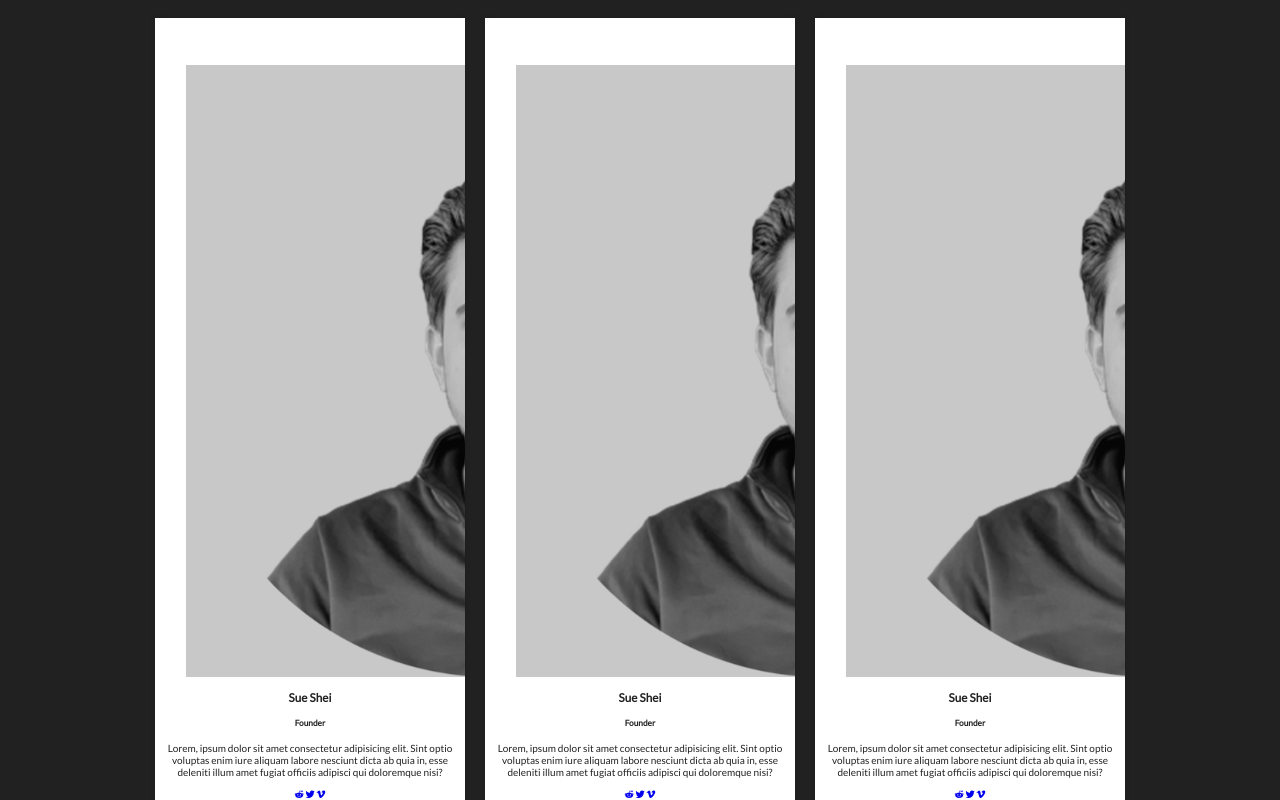
Repository: inzamamahmad3/30-Days-Of-CSS
Page: Day-1/index.html
These files come from the project's save history. The page is drawn as it stood at one moment and after the next save; the edit follows.
The browser window is 1280 px wide. The pictures show the whole page.

Above is the page before, as saved 2023-01-03 20:19:29.

After the next save:
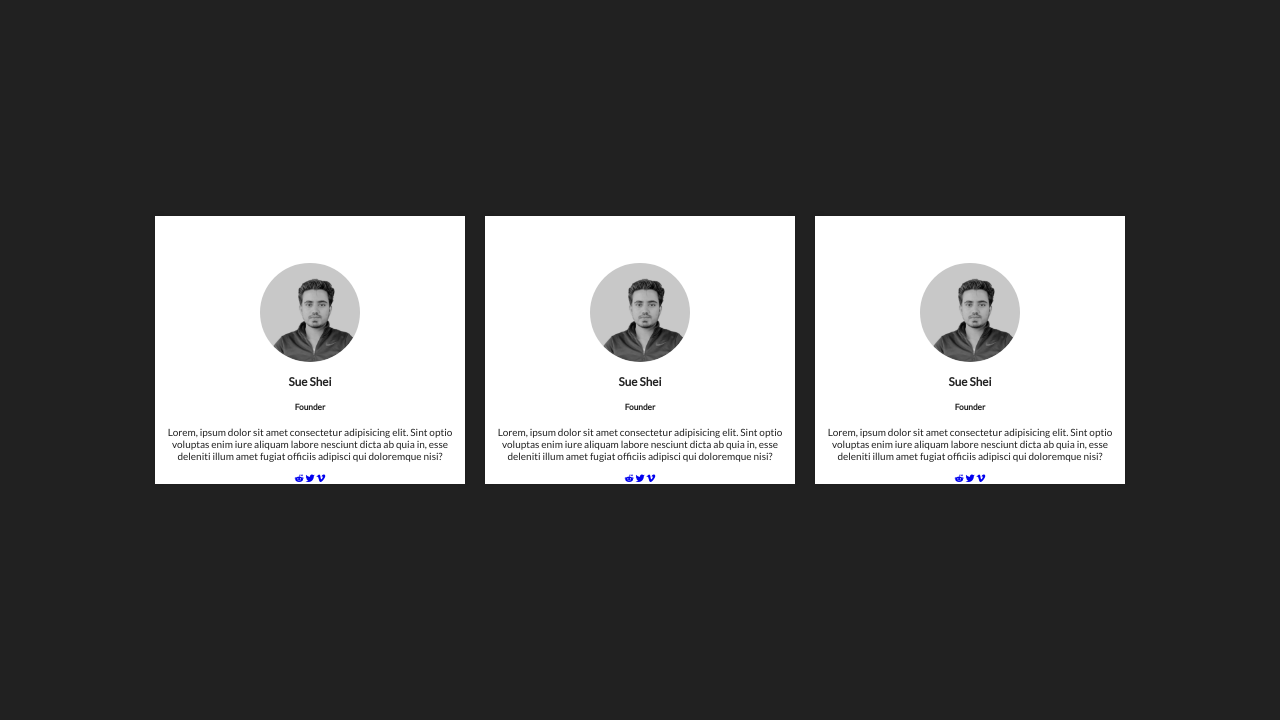
Saved 76 s later.
--- a/Day-1/styles.css
+++ b/Day-1/styles.css
@@ -32,3 +32,10 @@ body {
 .card .profile-image {
   padding: 15% 10% 0;
 }
+.card .profile-image img {
+  max-width: 100%;
+  vertical-align: top;
+  position: relative;
+  border-radius: 50%;
+  max-width: 40%;
+}
